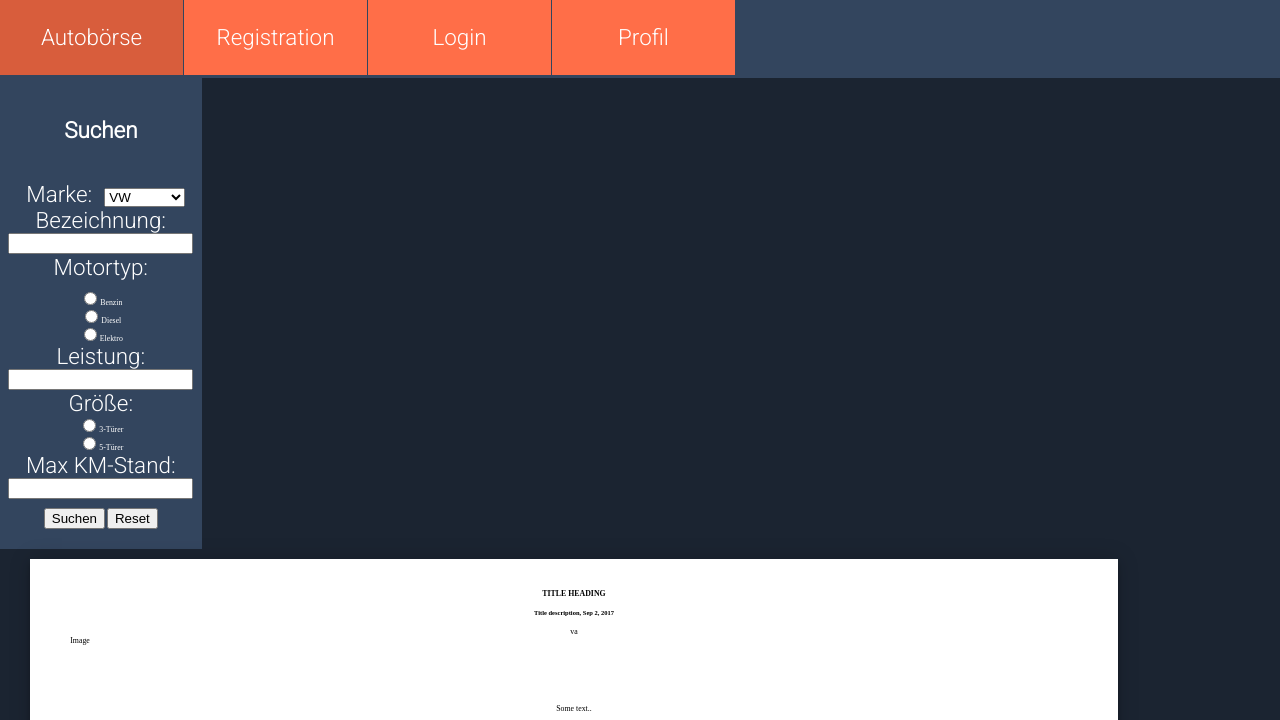
Repository: Turkelten/CarAdminstration
Page: http://localhost/Autobörse/index.jsp
An editor plug-in stored every save of this project. The page is shown before and after the next save, followed by the edit.
The browser window is 1280 px wide. The pictures show the whole page.
The page is served by Tomcat 9. Other server files are loaded and not shown.

Above is the page before, as saved 2020-07-19 20:59:50.

### Autobörse/WebContent/index.jsp
<%@ page language="java" contentType="text/html; charset=ISO-8859-1"
    pageEncoding="ISO-8859-1"%>
<!DOCTYPE html>
<html>
<head>
	<meta name="viewport" content="width=device-width, initial-scale=1.0" charset="ISO-8859-1">
	<title>Autobörse</title>
	<link href="https://fonts.googleapis.com/css2?family=Roboto+Slab:wght@300&family=Roboto:wght@300&display=swap" rel="stylesheet">
	<link href="style.css" rel="stylesheet">
</head>
<body>
	<jsp:include page="navigationbar.jsp" />
	<div class="page">
		<jsp:include page="searchBar.jsp" />
		<div class="user-page">
		  	<div class="anzeige">
			      <h4>TITLE HEADING</h4>
			      <h5>Title description, Sep 2, 2017</h5>va
			      <div class="fakeimg" style="height:60px; width: 60px">Image</div>
			      <p>Some text..</p>
			      <p>Sunt in culpa qui officia deserunt mollit anim id est laborum consectetur adipiscing elit, sed do eiusmod tempor incididunt ut labore et dolore magna aliqua. Ut enim ad minim veniam, quis nostrud exercitation ullamco.</p>
			</div>
		</div>
	</div>

	<script>


	// Get the modal
	var modal = document.getElementById('id01');

	// When the user clicks anywhere outside of the modal, close it
	window.onclick = function(event) {
	    if (event.target == modal) {
	        modal.style.display = "none";
	    }
	}
</script>
</body>
</html>

### Autobörse/WebContent/navigationbar.jsp
<header>
		<nav id="normal">
			<ul>
			  	<li style="float:left"><a href="index.jsp">Autobörse</a></li>
			  	<li ><a class="active" href="registration.jsp">Registration</a></li>
			  	<li ><a class="active" href="login.jsp">Login</a></li>
			  	<li ><a class="active" href="userprofil.jsp">Profil</a></li>
			</ul>
		</nav>

		<nav id="mobile">
			<div id="menu">Menü</div>
			<ul>
			  	<li ><a href="index.jsp">Autobörse</a></li>
			  	<li ><a class="active" href="registration.jsp">Registration</a></li>
			  	<li ><a class="active" href="login.jsp">Login</a></li>
			  	<li ><a class="active" href="userprofil.jsp">Profil</a></li>
			</ul>
		</nav>
	</header>

### Autobörse/WebContent/searchBar.jsp
<div class="searchsidebar-container">
			<h2>Suchen</h2>
			<div class="searchsidebar">
		      	<form action="FilterServlet" method="get"><br/>
					<label for="cars">Marke:</label>
					<select name="cars" id="cars">
						  <option value="vw">VW</option>
						  <option value="bmw">BMW</option>
						  <option value="mercedes">Mercedes</option>
						  <option value="audi">Audi</option>
					</select><br/>
					<label>Bezeichnung:</label> <br/>
					<input type="text" name="bez"> <br/>
					<label>Motortyp:</label><br/><br/>
					<input type="radio" name="motor" value="benzin">Benzin<br/>
					<input type="radio" name="motor" value="diesel">Diesel<br/>
					<input type="radio" name="motor" value="elektro">Elektro<br/>
					<label>Leistung:</label>
					<input type="text" name="leistung"> <br/>
					<label>Größe:</label><br/>
					<input type="radio" name="groeße" value="fünf">3-Türer<br/>
					<input type="radio" name="groeße" value="drei">5-Türer<br/>
				    <label>Max KM-Stand:</label>
					<input type="text" name="kmStand"> <br/>
					<br/><button type="submit">Suchen</button> <button type="reset">Reset</button>
				</form>
			</div>
		</div>

### Autobörse/WebContent/style.css
body,
html {
  background: #1b2431;
  margin: 0;
  padding: 0;
  font-size: 100%;
  color: white;
}

@media screen and (max-width: 600px) {
  body,
  html {
    font-size: 48%;
  }
}

@media screen and (min-width: 600px) {
  body,
  html {
    font-size: 53%;
  }
}

@media screen and (min-width: 800px) {
  body,
  html {
    font-size: 57%;
  }
}

@media screen and (min-width: 1200px) {
  body,
  html {
    font-size: 70%;
  }
}

header {
  background: #33455e;
  position: fixed;
  top: 0;
  width: 100%;
  text-align: left;
  transition: 200ms all;
  height: 7rem;
}

header nav#normal {
  color: #c8354e;
  display: inline-block;
}

@media screen and (max-width: 800px) {
  header nav#normal {
    display: none;
  }
}

header nav#normal ul {
  margin: 0;
  padding: 0;
  transition: all 300ms;
  display: inline-block;
}

header nav#normal ul li {
  margin: 0;
  padding: 0;
  float: left;
  list-style: none;
  position: relative;
  transition: all 300ms;
}

header nav#normal ul li a {
  display: inline-block;
  padding: 2.17rem;
  float: left;
  min-width: 12rem;
  text-align: center;
  font-size: 2rem;
  color: #fff;
  margin: 0 1px 0 0;
  text-decoration: none;
  background: #ff6e48;
  font-weight: 300;
  transition: all 300ms;
  font-family: "Roboto", sans-serif;
}

header nav#normal ul li:hover > a {
  background: #d85d3c;
}

header nav#normal ul li ul {
  overflow: hidden;
  position: absolute;
  top: 100%;
  left: 0;
  width: 100%;
  transition: 300ms all;
  max-height: 0;
}

header nav#normal ul li ul li {
  border-bottom: 1px solid #8c1e31;
}

header nav#normal ul li:hover > ul {
  max-height: 700px;
}

header nav#mobile {
  color: #c8354e;
  display: none;
}

@media screen and (max-width: 800px) {
  header nav#mobile {
    display: block;
  }
}

header nav #menu {
  padding: 2.17rem 5% 2.17rem 5%;
  float: left;
  width: 90%;
  text-align: center;
  font-size: 2rem;
  color: #fff;
  cursor: pointer;
  font-weight: 300;
  transition: all 500ms;
  font-family: "Roboto", sans-serif;
}

header nav#mobile ul {
  width: 100%;
  margin: 0;
  padding: 0;
  max-height: 0;
  transition: all 500ms;
  overflow: hidden;
  float: left;
}

header nav#mobile:hover > ul {
  max-height: 800px;
}

header nav#mobile ul li {
  margin: 0;
  padding: 0;
  float: left;
  width: 100%;
  list-style: none;
  position: relative;
  transition: all 500ms;
}

header nav#mobile ul li a {
  display: inline-block;
  padding: 2.17rem 5% 2.17rem 5%;
  float: left;
  min-width: 12rem;
  width: 90%;
  text-align: center;
  font-size: 2rem;
  color: #fff;
  text-decoration: none;
  background: #c8354e;
  font-weight: 300;
  transition: all 500ms;
  font-family: "Roboto", sans-serif;
}

header nav#mobile ul li:hover > a {
  background: #8c1e31;
}

header nav#mobile ul li ul {
  width: 100%;
  transition: all 500ms;
  max-height: 0;
  overflow: hidden;
  float: left;
}

header nav#mobile ul li ul li {
  display: block;
  float: left;
  background: #8c1e31;
  transition: all 500ms;
}

header nav#mobile ul li ul li a {
  background: #8c1e31;
}

header nav#mobile ul li:hover > ul {
  max-height: 500px;
}

.page {
  	position:fixed;
    padding:0;
    margin:0;

    top:7rem;
    left:0;

    width: 100%;
    height: 100%;
}

.login-page {
  width: 360px;
  padding: 8% 0 0;
  margin: auto;
}
.form {
  position: relative;
  z-index: 1;
  background: #FFFFFF;
  max-width: 360px;
  margin: 0 auto 100px;
  padding: 45px;
  text-align: center;
  box-shadow: 0 0 20px 0 rgba(0, 0, 0, 0.2), 0 5px 5px 0 rgba(0, 0, 0, 0.24);
}
.form input {
  font-family: "Roboto", sans-serif;
  outline: 0;
  background: #f2f2f2;
  width: 100%;
  border: 0;
  margin: 0 0 15px;
  padding: 15px;
  box-sizing: border-box;
  font-size: 14px;
}
.form button {
  font-family: "Roboto", sans-serif;
  text-transform: uppercase;
  outline: 0;
  background: #ff6e48;
  width: 100%;
  border: 0;
  padding: 15px;
  color: #FFFFFF;
  font-size: 14px;
  -webkit-transition: all 0.3 ease;
  transition: all 0.3 ease;
  cursor: pointer;
}
.form button:hover,.form button:active,.form button:focus {
  background: #d85d3c;
}
.form .message {
  margin: 15px 0 0;
  color: #b3b3b3;
  font-size: 12px;
}
.form .message a {
  color: #4CAF50;
  text-decoration: none;
}
.form .register-form {
  display: none;
}
.container {
  position: relative;
  z-index: 1;
  max-width: 300px;
  margin: 0 auto;
}
.container:before, .container:after {
  content: "";
  display: block;
  clear: both;
}
.container .info {
  margin: 50px auto;
  text-align: center;
}
.container .info h1 {
  margin: 0 0 15px;
  padding: 0;
  font-size: 36px;
  font-weight: 300;
  color: #1a1a1a;
}
.container .info span {
  color: #4d4d4d;
  font-size: 12px;
}
.container .info span a {
  color: #000000;
  text-decoration: none;
}
.container .info span .fa {
  color: #EF3B3A;
}


.user-page {
  width: 85%;
  height: 100%;
  padding-top: 10px;
  padding-left: 30px;
  margin-left: 0;
  float: left;
}
.userform {
  position: relative;
  z-index: 1;
  background: #FFFFFF;

  padding: 45px;
  text-align: center;
  box-shadow: 0 0 20px 0 rgba(0, 0, 0, 0.2), 0 5px 5px 0 rgba(0, 0, 0, 0.24);
}
.userform input {
  font-family: "Roboto", sans-serif;
  outline: 0;
  background: #f2f2f2;
  width: 100%;
  border: 0;
  margin: 0 0 15px;
  padding: 15px;
  box-sizing: border-box;
  font-size: 14px;
}
.userform button {
  font-family: "Roboto", sans-serif;
  text-transform: uppercase;
  outline: 0;
  background: #ff6e48;
  width: 100%;
  border: 0;
  padding: 15px;
  color: #FFFFFF;
  font-size: 14px;
  -webkit-transition: all 0.3 ease;
  transition: all 0.3 ease;
  cursor: pointer;
}
.userform button:hover,.form button:active,.form button:focus {
  background: #d85d3c;
}
.userform .message {
  margin: 15px 0 0;
  color: #b3b3b3;
  font-size: 12px;
}
.userform .message a {
  color: #4CAF50;
  text-decoration: none;
}

.usersidebar-container {
	width: 18rem;
	padding-top:10px;
	margin-right: auto;
	background: #33455e;
	float: left;
}

.usersidebar-container h2 {
	text-align:center;
	padding-top: 10px;
	font-size: 2rem;
	font-family: "Roboto", sans-serif;
}

.usersidebar {
	position: relative;
  	width:100%;

  	padding-top: 20px;
  	text-align: center;
}


.usersidebar ul {
  margin: 0;
  padding: 0;
  transition: all 300ms;
  display: inline-block;
}

.usersidebar ul li {
  margin: 0;
  padding: 0;
  width: 100%;
  float: left;
  list-style: none;
  position: relative;
  transition: all 300ms;
}

.usersidebar ul li a {
  display: inline-block;
  padding: 0.5rem;
  float: top;
  width: 17rem;
  text-align: center;
  font-size: 2rem;
  color: #fff;
  text-decoration: none;
  background: #ff6e48;
  font-weight: 300;
  font-family: "Roboto", sans-serif;
}

.usersidebar ul li:hover > a {
  background: #d85d3c;
}

.searchsidebar-container {
	width: 18rem;
	padding-top:10px;
	margin-right: auto;
	background: #33455e;
	float: left;
}

.searchsidebar-container h2 {
	text-align:center;
	padding-top: 10px;
	font-size: 2rem;
	font-family: "Roboto", sans-serif;
}

.searchsidebar {
	position: relative;
  	width:100%;

  	padding-top: 10px;
  	padding-bottom: 20px;
  	text-align: center;
}

.searchsidebar label{
	padding:10px;
	font-size: 2rem;
	font-weight: 300;
  	font-family: "Roboto", sans-serif;
  	text-decoration: none;
}

.anzeige {
	position: relative;
  	z-index: 1;
  	background: #FFFFFF;
  	color: black;
  	padding: 20px;
  	text-align: center;
  	box-shadow: 0 0 20px 0 rgba(0, 0, 0, 0.2), 0 5px 5px 0 rgba(0, 0, 0, 0.24);
}

After the next save:
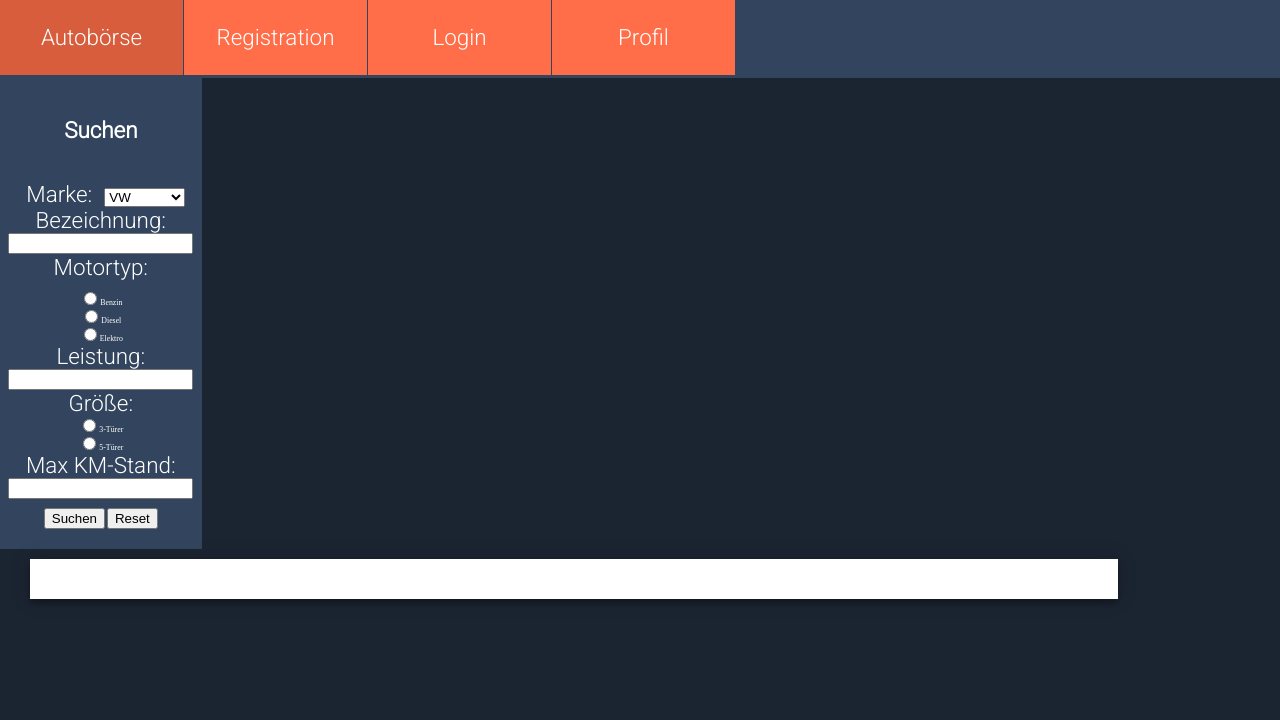
Saved 23 s later.
--- a/Autobörse/WebContent/index.jsp
+++ b/Autobörse/WebContent/index.jsp
@@ -14,11 +14,7 @@
 		<jsp:include page="searchBar.jsp" />
 		<div class="user-page">
 		  	<div class="anzeige">
-			      <h4>TITLE HEADING</h4>
-			      <h5>Title description, Sep 2, 2017</h5>va
-			      <div class="fakeimg" style="height:60px; width: 60px">Image</div>
-			      <p>Some text..</p>
-			      <p>Sunt in culpa qui officia deserunt mollit anim id est laborum consectetur adipiscing elit, sed do eiusmod tempor incididunt ut labore et dolore magna aliqua. Ut enim ad minim veniam, quis nostrud exercitation ullamco.</p>
+
 			</div>
 		</div>
 	</div>
